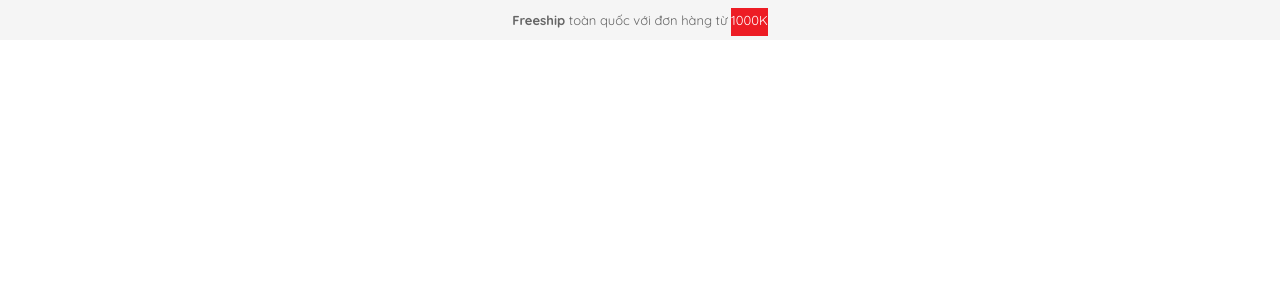
Repository: hayashi13597/ES6_ASM
Page: ASM/index.html
The author's editor kept a copy of each file at every save. The page is drawn from the files as they stood at one save, then again after the next save.
The browser window is 1280 px wide. The pictures show the whole page.
The style sheet was rebuilt from its Sass, Less or Tailwind sources for each picture, by a compiler version that may differ from the author's.

Above is the page before, as saved 2023-01-11 21:26:21.

### ASM/index.html
<!DOCTYPE html>
<html lang="en">
  <head>
    <meta charset="UTF-8" />
    <meta http-equiv="X-UA-Compatible" content="IE=edge" />
    <meta name="viewport" content="width=device-width, initial-scale=1.0" />
    <title>Figure Shop</title>
    <!-- Link boostrap -->
    <script src="https://cdnjs.cloudflare.com/ajax/libs/bootstrap/5.2.3/js/bootstrap.min.js"></script>
    <!-- Link css -->
    <link rel="stylesheet" href="./css/index.css" />
    <!-- Link icon Font Awesome -->
    <link
      rel="stylesheet"
      href="https://cdnjs.cloudflare.com/ajax/libs/font-awesome/6.2.1/css/all.min.css"
    />
    <!-- Link icon Boxicon -->
    <link
      href="https://unpkg.com/boxicons@2.1.4/css/boxicons.min.css"
      rel="stylesheet"
    />
    <!-- Link font family -->
    <link rel="preconnect" href="https://fonts.googleapis.com" />
    <link rel="preconnect" href="https://fonts.gstatic.com" crossorigin />
    <link
      href="https://fonts.googleapis.com/css2?family=Quicksand:wght@400;500;600;700&display=swap"
      rel="stylesheet"
    />
  </head>
  <body>
    <header class="header">
      <div class="header-topbar">
        <strong>Freeship</strong> toàn quốc với đơn hàng từ
        <span class="header-topbar__btn">1000K</span>
      </div>
    </header>
  </body>
</html>

### ASM/sass/index.scss
* {
  margin: 0;
  padding: 0;
  box-sizing: border-box;
  font-family: "Quicksand", sans-serif;
}
@import "variables";
@import "header";

### ASM/sass/_variables.scss
$top-bar-color: #666666;
$top-bar-bg: #f5f5f5;
$shop-color-main: #ed1c24;
$shop-color-text: #252a2b;
$shop-color-title: #000000;
$shop-color-hover: #ed1c24;
$shop-color-button: #000000;
$shop-color-border: #e7e7e7;
$footer-color-title: #ffffff;
$footer-color-text: #999999;
$footer-color-bg: #1a1a1a;

// :root {
//   --shop-color-main: #ed1c24;
//   --shop-color-text: #252a2b;
//   --shop-color-title: #000000;
//   --shop-color-hover: #ed1c24;
//   --shop-color-button: #000000;
//   --shop-color-border: #e7e7e7;
//   --footer-color-title: #ffffff;
//   --footer-color-text: #999999;
//   --footer-color-bg: #1a1a1a;
// }

### ASM/sass/_header.scss
.header {
  &-topbar {
    height: 40px;
    line-height: 40px;
    text-align: center;
    background-color: $top-bar-bg;
    color: $top-bar-color;
    font-size: 13px;
    &__btn {
      padding: 4px 0 8px;
      background-color: $shop-color-main;
      color: $footer-color-title;
    }
  }
}

After the next save:
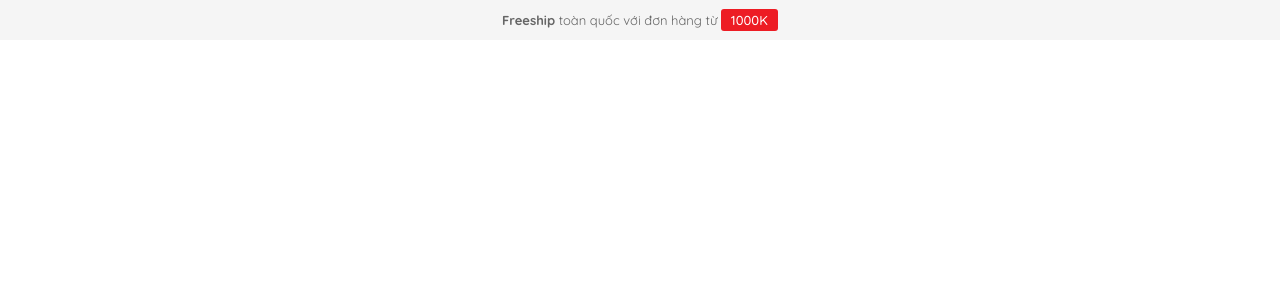
Saved 59 s later.
--- a/ASM/sass/_header.scss
+++ b/ASM/sass/_header.scss
@@ -7,7 +7,9 @@
     color: $top-bar-color;
     font-size: 13px;
     &__btn {
-      padding: 4px 0 8px;
+      font-weight: 500;
+      padding: 3px 10px;
+      border-radius: 3px;
       background-color: $shop-color-main;
       color: $footer-color-title;
     }
